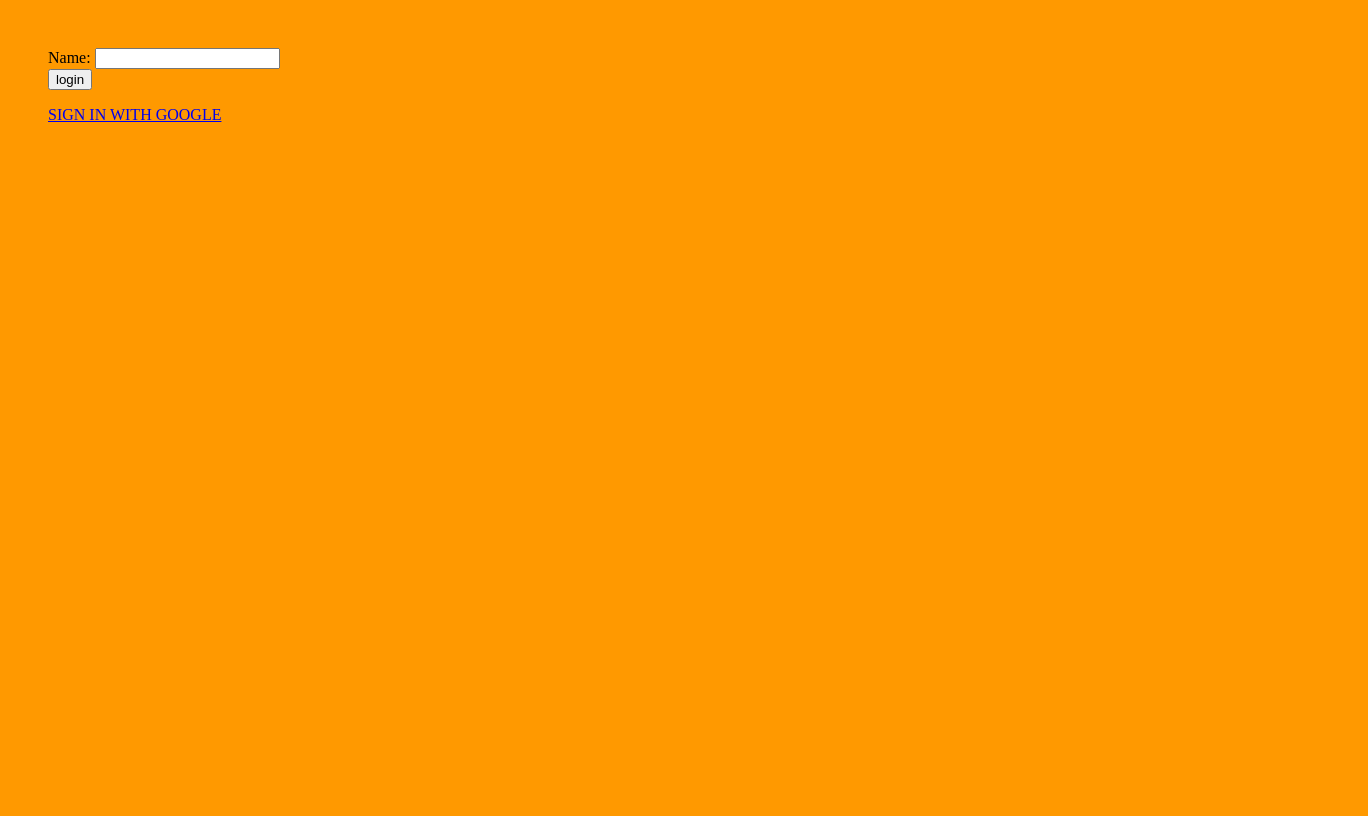
Repository: TharanyaM/Adaptavant--project
Page: Project/war/index.html
These files come from the project's save history. The page is drawn as it stood at one moment and after the next save; the edit follows.
The browser window is 1280 px wide. The page is 1368 px wide, so the pictures cover 1368 px, including what lies to the right of the window. The pictures show the whole page.

Above is the page before, as saved 2015-10-23 20:48:22.

After the next save:
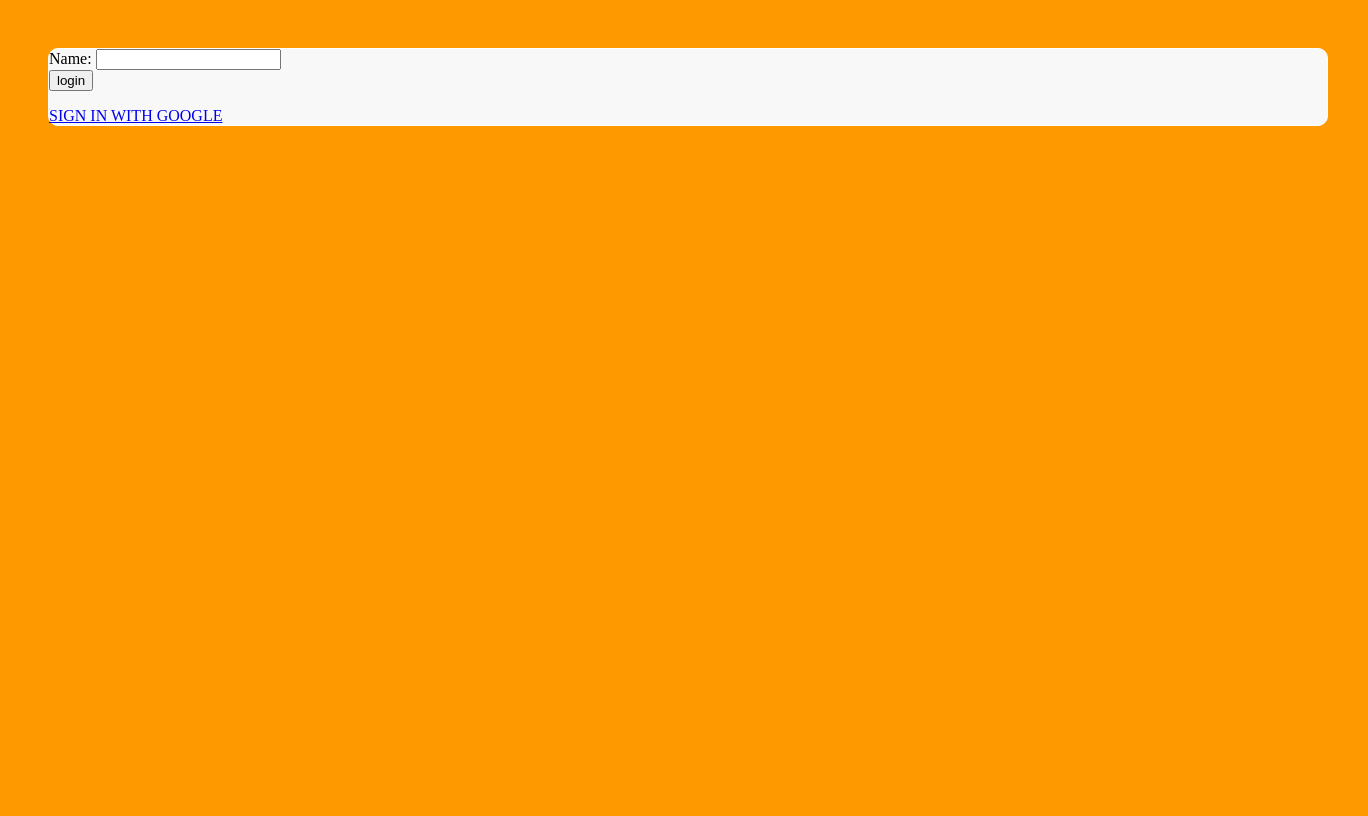
Saved 2 min 24 s later.
--- a/Project/war/index.html
+++ b/Project/war/index.html
@@ -15,12 +15,14 @@
 
   <body>
    <body>
-	<form action="pro" method="post" name="form1">
-		Name: <input name="email" id="email" type="text"> <br>
+   <div class="main-container">
+		<form action="pro" method="post" name="form1">
+			Name: <input name="email" id="email" type="text"> <br>
 
-		 <input type="submit" value="login">
-	</form>
-	<a href="oaut.jsp">SIGN IN WITH GOOGLE</a>
+			 <input type="submit" value="login">
+		</form>
+		<a href="oaut.jsp">SIGN IN WITH GOOGLE</a>
+	</div>
 </body>
   </body>
 </html>
